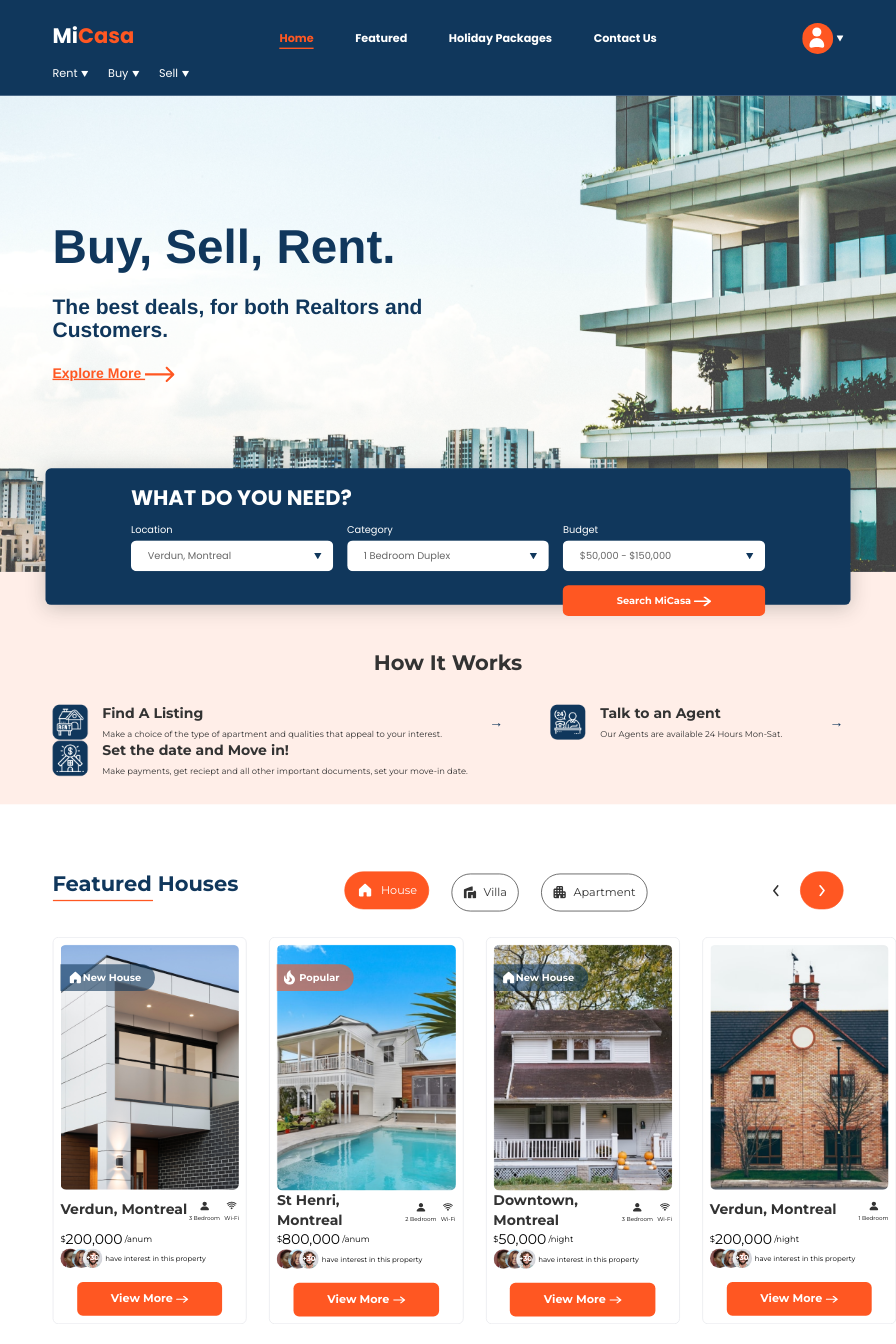
Repository: BenUnyolo/micasa-frontend
Page: index.html
These files come from the project's save history. The page is drawn as it stood at one moment and after the next save; the edit follows.
The browser window is 1280 px wide. The pictures show the part of the page from y = 0 to 1920 px (the page is 2910 px tall before and 2922 px after), at 70% of full size.

Above is the page before, as saved 2021-10-19 08:30:44.

After the next save:
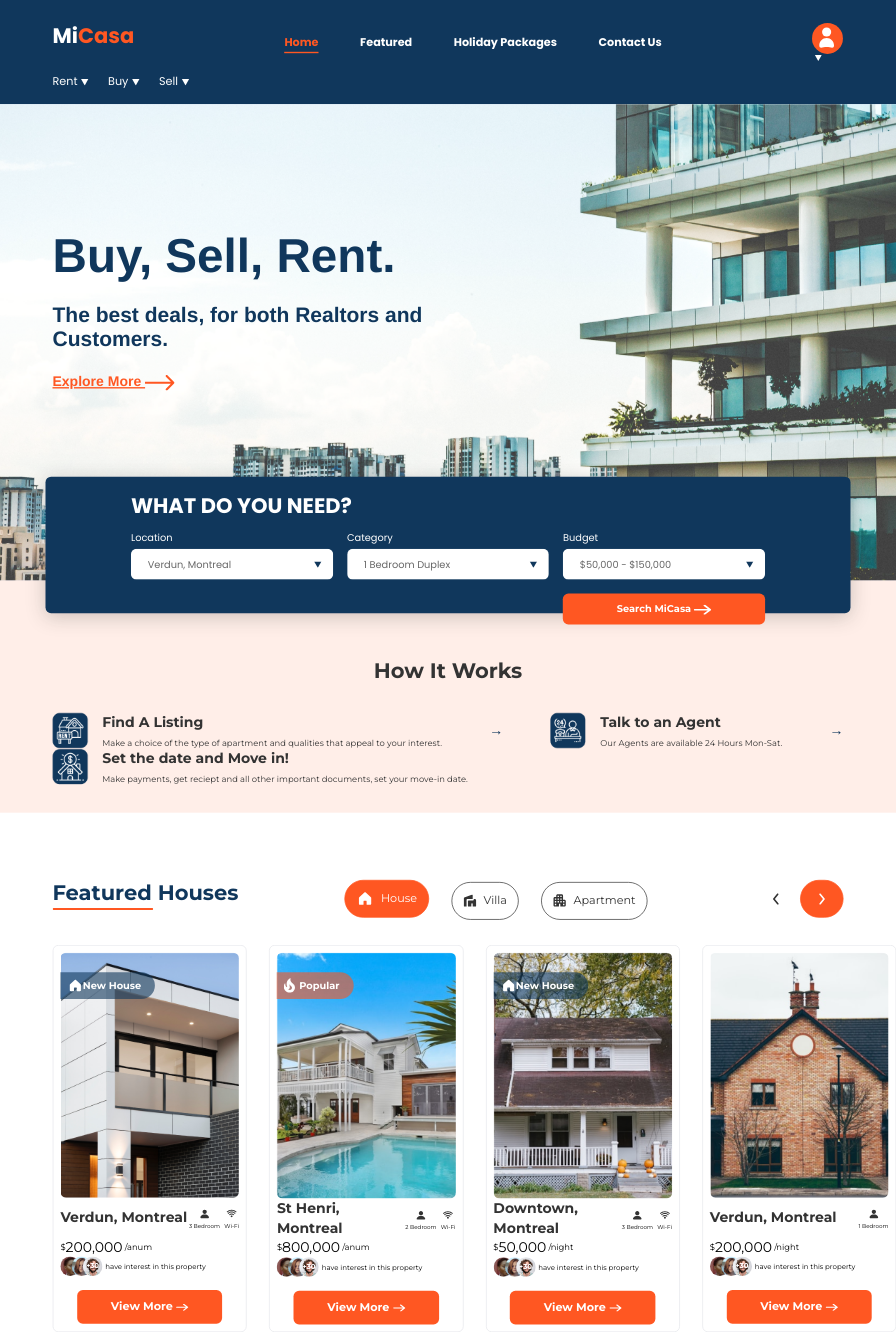
Saved 22 s later.
--- a/index.html
+++ b/index.html
@@ -43,18 +43,20 @@
             </ul>
           </nav>
           <div class="flex flex-row items-center">
-            <img src="assets/images/user_avatar.svg" alt="user avatar" />
-            <svg
-              width="14"
-              height="12"
-              viewBox="0 0 14 12"
-              fill="none"
-              xmlns="http://www.w3.org/2000/svg"
-              class="pl-1"
-            >
-              <title>profile dropdown</title>
-              <path d="M7 12L0.0717964 0H13.9282L7 12Z" fill="white" />
-            </svg>
+            <button>
+              <img src="assets/images/user_avatar.svg" alt="user avatar" />
+              <svg
+                width="14"
+                height="12"
+                viewBox="0 0 14 12"
+                fill="none"
+                xmlns="http://www.w3.org/2000/svg"
+                class="pl-1"
+              >
+                <title>profile dropdown</title>
+                <path d="M7 12L0.0717964 0H13.9282L7 12Z" fill="white" />
+              </svg>
+            </button>
           </div>
         </div>
         <!-- bottom row -->
